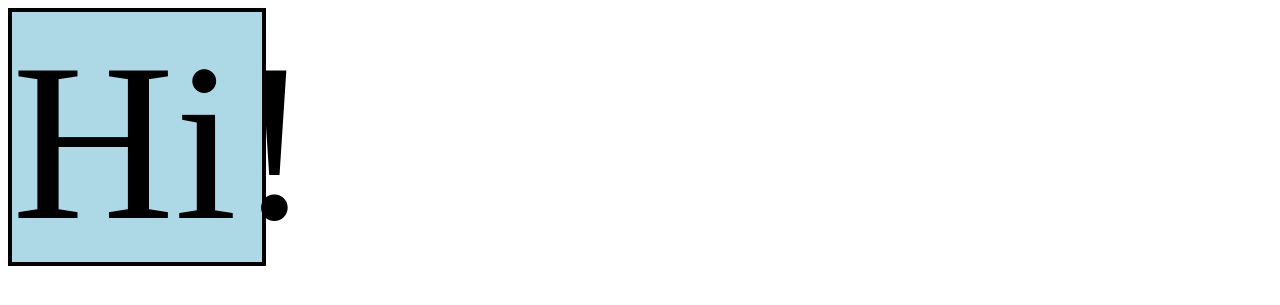
Repository: nottonofclay/csi_waymo
Page: transformations/transformations.html
These files come from the project's save history. The page is drawn as it stood at one moment and after a run of saves; the edit follows.
The browser window is 1280 px wide. The pictures show the whole page.

Above is the page before, as saved 2023-07-06 12:12:41.

### transformations/transformations.html
<!DOCTYPE html>
<html lang="en">
<head>
    <meta charset="UTF-8">
    <meta name="viewport" content="width=device-width, initial-scale=1.0">
    <title>Document</title>
    <link rel="stylesheet" href="transformations.css">
</head>
<body>
    <div id="box1">Hi!</div>
</body>
</html>

### transformations/transformations.css
#box1 {
    border: 4px solid;
    width: 250px;
    height: 250px;
    font-size: 225px;
    text-align: center;
    background: lightblue;
}

After the next 2 saves:
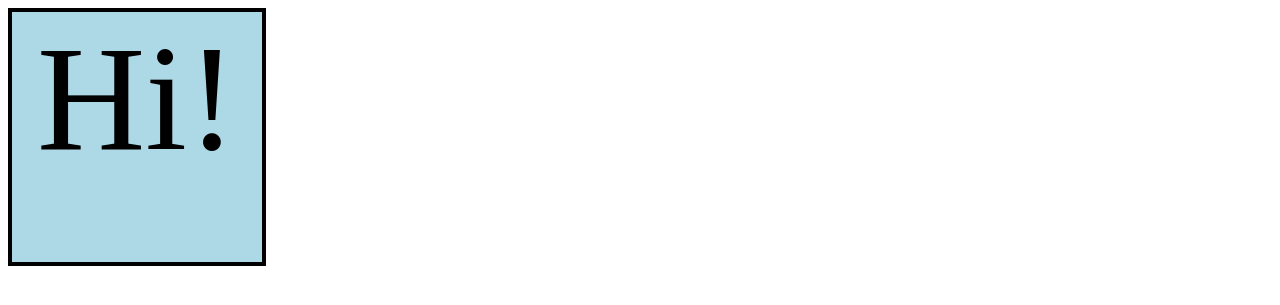
The 2 saves are shown as one change because they came seconds apart.
The last was saved 18 s later.
--- a/transformations/transformations.css
+++ b/transformations/transformations.css
@@ -2,7 +2,7 @@
     border: 4px solid;
     width: 250px;
     height: 250px;
-    font-size: 225px;
+    font-size: 150px;
     text-align: center;
     background: lightblue;
 }
